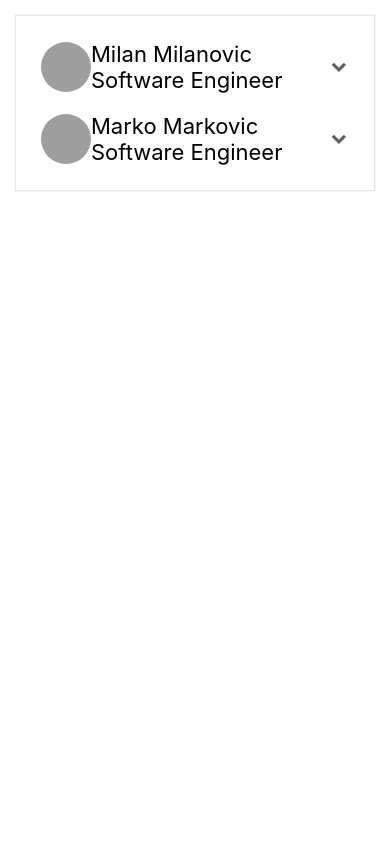
Repository: likanbl/intern-feature
Screen: /
These files come from the project's save history. The screen is drawn as it stood at one moment and after the next save; the edit follows.
Pictures or frames that could not be fetched are drawn as grey boxes. The app was drawn by React Native's web renderer in a window 390 px wide. The project was rebuilt for these pictures with package versions that can differ from the ones it lists, and the page was loaded fresh each time.

Above is the screen before, as saved 2019-09-13 11:27:02.

After the next save:
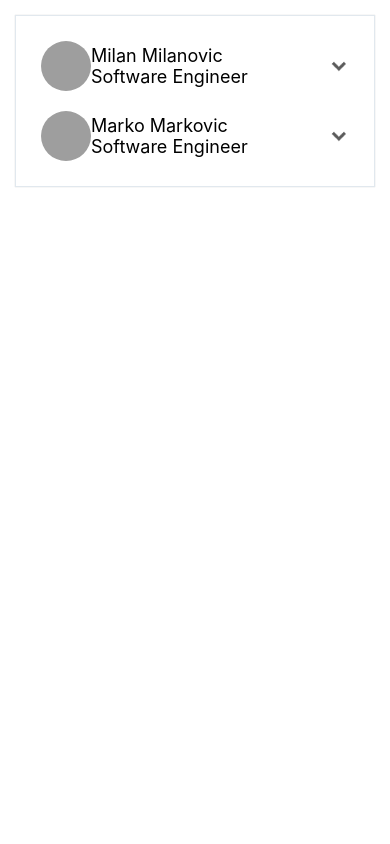
Saved 2 min 37 s later.
--- a/src/components/home/HomeItem.js
+++ b/src/components/home/HomeItem.js
@@ -78,7 +78,11 @@ const styles = StyleSheet.create({
   },
   title: {
     flex: 1,
-    fontSize: 22,
+    fontSize: 18,
+  },
+  role: {
+    flex: 1,
+    fontSize: 14,
   },
   description: {
     flex: 1,
